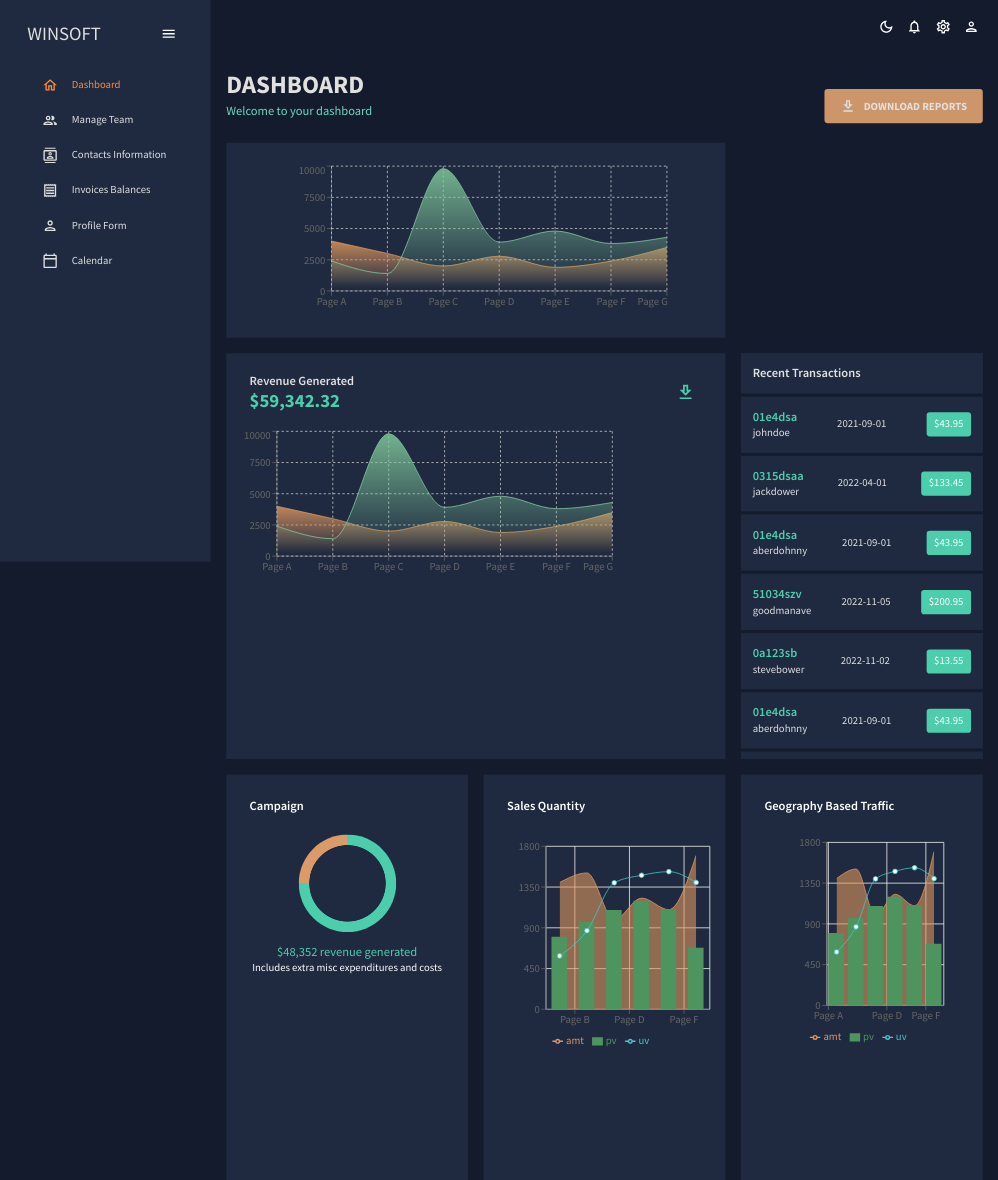
Repository: thamaraiselvan315731/winssoft
Page: /
An editor plug-in stored every save of this project. The page is shown before and after the next save, followed by the edit.
The browser window is 1280 px wide. The pictures show the whole page, at 78% of full size.
The project was rebuilt for these pictures with package versions that can differ from the ones it lists, and the page was loaded fresh each time. Also part of the build but not shown: src/pages/team/index.jsx, src/pages/invoices/index.jsx, src/pages/contacts/index.jsx, src/pages/form/index.jsx, src/components/LineChart.jsx, src/data/mockGeoFeatures.js, src/components/GeographyChart.jsx, src/components/BarChart.jsx and 3 more.

Above is the page before, as saved 2022-12-01 11:16:15.

### src/App.js
import { useState } from "react";
import { Routes, Route } from "react-router-dom";
import Topbar from "./pages/global/Topbar";
import Sidebar from "./pages/global/Sidebar";
import Team from "./pages/team";
import Invoices from "./pages/invoices";
import Contacts from "./pages/contacts";
import Form from "./pages/form";
// import Bar from "./pages/bar";
// import Line from "./pages/line";
// import Pie from "./pages/pie";
// import Geography from "./pages/geography";
import Dashboard from "./pages/dashboard";
import FAQ from "./pages/faq";
import { CssBaseline, ThemeProvider } from "@mui/material";
import { ColorModeContext, useMode } from "./theme";
import Calendar from "./pages/calendar/calendar";

function App() {
  const [theme, colorMode] = useMode();
  const [isSidebar, setIsSidebar] = useState(true);

  return (
    <ColorModeContext.Provider value={colorMode}>
      <ThemeProvider theme={theme}>
        <CssBaseline />
        <div className="app">
          <Sidebar isSidebar={isSidebar} />
          <main className="content">
            <Topbar setIsSidebar={setIsSidebar} />
            <Routes>
              <Route path="/" element={<Dashboard />} />
              <Route path="/team" element={<Team />} />
              <Route path="/contacts" element={<Contacts />} />
              <Route path="/invoices" element={<Invoices />} />
              <Route path="/form" element={<Form />} />
              {/* <Route path="/bar" element={<Bar />} />
              <Route path="/pie" element={<Pie />} />
              <Route path="/line" element={<Line />} /> */}
              <Route path="/faq" element={<FAQ />} />
              <Route path="/calendar" element={<Calendar />} />
              {/* <Route path="/geography" element={<Geography />} /> */}
            </Routes>
          </main>
        </div>
      </ThemeProvider>
    </ColorModeContext.Provider>
  );
}

export default App;

### src/pages/global/Topbar.jsx
import { Box, IconButton, useTheme } from "@mui/material";
import { useContext } from "react";
import { ColorModeContext, tokens } from "../../theme";
import InputBase from "@mui/material/InputBase";
import LightModeOutlinedIcon from "@mui/icons-material/LightModeOutlined";
import DarkModeOutlinedIcon from "@mui/icons-material/DarkModeOutlined";
import NotificationsOutlinedIcon from "@mui/icons-material/NotificationsOutlined";
import SettingsOutlinedIcon from "@mui/icons-material/SettingsOutlined";
import PersonOutlinedIcon from "@mui/icons-material/PersonOutlined";
import SearchIcon from "@mui/icons-material/Search";

const Topbar = () => {
  const theme = useTheme();
  const colors = tokens(theme.palette.mode);
  const colorMode = useContext(ColorModeContext);

  return (
    <Box display="flex" justifyContent="flex-end" p={2}>
      {/* SEARCH BAR */}
      {/* <Box
        display="flex"
        backgroundColor={colors.primary[400]}
        borderRadius="3px"
      >
        <InputBase sx={{ ml: 2, flex: 1 }} placeholder="Search" />
        <IconButton type="button" sx={{ p: 1 }}>
          <SearchIcon />
        </IconButton>
      </Box> */}

      {/* ICONS */}
      <Box display="flex">
        <IconButton onClick={colorMode.toggleColorMode}>
          {theme.palette.mode === "dark" ? (
            <DarkModeOutlinedIcon />
          ) : (
            <LightModeOutlinedIcon />
          )}
        </IconButton>
        <IconButton>
          <NotificationsOutlinedIcon />
        </IconButton>
        <IconButton>
          <SettingsOutlinedIcon />
        </IconButton>
        <IconButton>
          <PersonOutlinedIcon />
        </IconButton>
      </Box>
    </Box>
  );
};

export default Topbar;

### src/pages/global/Sidebar.jsx
import { useState } from "react";
import { ProSidebar, Menu, MenuItem } from "react-pro-sidebar";
import { Box, IconButton, Typography, useTheme } from "@mui/material";
import { Link } from "react-router-dom";
import "react-pro-sidebar/dist/css/styles.css";
import { tokens } from "../../theme";
import HomeOutlinedIcon from "@mui/icons-material/HomeOutlined";
import PeopleOutlinedIcon from "@mui/icons-material/PeopleOutlined";
import ContactsOutlinedIcon from "@mui/icons-material/ContactsOutlined";
import ReceiptOutlinedIcon from "@mui/icons-material/ReceiptOutlined";
import PersonOutlinedIcon from "@mui/icons-material/PersonOutlined";
import CalendarTodayOutlinedIcon from "@mui/icons-material/CalendarTodayOutlined";// eslint-disable-next-line
import HelpOutlineOutlinedIcon from "@mui/icons-material/HelpOutlineOutlined";// eslint-disable-next-line
import BarChartOutlinedIcon from "@mui/icons-material/BarChartOutlined";// eslint-disable-next-line
import PieChartOutlineOutlinedIcon from "@mui/icons-material/PieChartOutlineOutlined";// eslint-disable-next-line
import TimelineOutlinedIcon from "@mui/icons-material/TimelineOutlined";// eslint-disable-next-line
import MenuOutlinedIcon from "@mui/icons-material/MenuOutlined";// eslint-disable-next-line
import MapOutlinedIcon from "@mui/icons-material/MapOutlined";// eslint-disable-next-line

const Item = ({ title, to, icon, selected, setSelected }) => {
  const theme = useTheme();
  const colors = tokens(theme.palette.mode);
  return (
    <MenuItem
      active={selected === title}
      style={{
        color: colors.grey[100],
      }}
      onClick={() => setSelected(title)}
      icon={icon}
    >
      <Typography>{title}</Typography>
      <Link to={to} />
    </MenuItem>
  );
};

const Sidebar = () => {
  const theme = useTheme();
  const colors = tokens(theme.palette.mode);
  const [isCollapsed, setIsCollapsed] = useState(false);
  const [selected, setSelected] = useState("Dashboard");

  return (
    <Box
      sx={{
        "& .pro-sidebar-inner": {
          background: `${colors.primary[400]} !important`,
        },
        "& .pro-icon-wrapper": {
          backgroundColor: "transparent !important",
        },
        "& .pro-inner-item": {
          padding: "5px 35px 5px 20px !important",
        },
        "& .pro-inner-item:hover": {
          color: "#f78d3e !important",
        },
        "& .pro-menu-item.active": {
          color: "#f78d3e !important",
        },
      }}
    >
      <ProSidebar collapsed={isCollapsed}>
        <Menu iconShape="square">
          {/* LOGO AND MENU ICON */}
          <MenuItem
            onClick={() => setIsCollapsed(!isCollapsed)}
            icon={isCollapsed ? <MenuOutlinedIcon /> : undefined}
            style={{
              margin: "10px 0 20px 0",
              color: colors.grey[100],
            }}
          >
            {!isCollapsed && (
              <Box
                display="flex"
                justifyContent="space-between"
                alignItems="center"
                ml="15px"
              >
                <Typography variant="h3" color={colors.grey[100]}>
                  WINSOFT
                </Typography>
                <IconButton onClick={() => setIsCollapsed(!isCollapsed)}>
                  <MenuOutlinedIcon />
                </IconButton>
              </Box>
            )}
          </MenuItem>

          {/* {!isCollapsed && (
            <Box mb="25px">
              <Box display="flex" justifyContent="center" alignItems="center">
                <img
                  alt="profile-user"
                  width="100px"
                  height="100px"
                  src={`../../assets/user.png`}
                  style={{ cursor: "pointer", borderRadius: "50%" }}
                />
              </Box>
              <Box textAlign="center">
                <Typography
                  variant="h2"
                  color={colors.grey[100]}
                  fontWeight="bold"
                  sx={{ m: "10px 0 0 0" }}
                >
                  Ed Roh
                </Typography>
                <Typography variant="h5" color={colors.greenAccent[500]}>
                  VP Fancy Admin
                </Typography>
              </Box>
            </Box>
          )} */}

          <Box paddingLeft={isCollapsed ? undefined : "10%"}>
            <Item
              title="Dashboard"
              to="/"
              icon={<HomeOutlinedIcon />}
              selected={selected}
              setSelected={setSelected}
            />

            {/* <Typography
              variant="h6"
              color={colors.grey[300]}
              sx={{ m: "15px 0 5px 20px" }}
            >
              Data
            </Typography> */}
            <Item
              title="Manage Team"
              to="/team"
              icon={<PeopleOutlinedIcon />}
              selected={selected}
              setSelected={setSelected}
            />
            <Item
              title="Contacts Information"
              to="/contacts"
              icon={<ContactsOutlinedIcon />}
              selected={selected}
              setSelected={setSelected}
            />
            <Item
              title="Invoices Balances"
              to="/invoices"
              icon={<ReceiptOutlinedIcon />}
              selected={selected}
              setSelected={setSelected}
            />

            {/* <Typography
              variant="h6"
              color={colors.grey[300]}
              sx={{ m: "15px 0 5px 20px" }}
            >
              Pages
            </Typography> */}
            <Item
              title="Profile Form"
              to="/form"
              icon={<PersonOutlinedIcon />}
              selected={selected}
              setSelected={setSelected}
            />
            <Item
              title="Calendar"
              to="/calendar"
              icon={<CalendarTodayOutlinedIcon />}
              selected={selected}
              setSelected={setSelected}
            />
            {/* <Item
              title="FAQ Page"
              to="/faq"
              icon={<HelpOutlineOutlinedIcon />}
              selected={selected}
              setSelected={setSelected}
            /> */}

            {/* <Typography
              variant="h6"
              color={colors.grey[300]}
              sx={{ m: "15px 0 5px 20px" }}
            >
              Charts
            </Typography>
            <Item
              title="Bar Chart"
              to="/bar"
              icon={<BarChartOutlinedIcon />}
              selected={selected}
              setSelected={setSelected}
            />
            <Item
              title="Pie Chart"
              to="/pie"
              icon={<PieChartOutlineOutlinedIcon />}
              selected={selected}
              setSelected={setSelected}
            />
            <Item
              title="Line Chart"
              to="/line"
              icon={<TimelineOutlinedIcon />}
              selected={selected}
              setSelected={setSelected}
            />
            <Item
              title="Geography Chart"
              to="/geography"
              icon={<MapOutlinedIcon />}
              selected={selected}
              setSelected={setSelected}
            /> */}
          </Box>
        </Menu>
      </ProSidebar>
    </Box>
  );
};

export default Sidebar;

### src/pages/dashboard/index.jsx
import { Box, Button, IconButton, Typography, useTheme } from "@mui/material";
import { tokens } from "../../theme";
import { mockTransactions } from "../../data/mockData";
import DownloadOutlinedIcon from "@mui/icons-material/DownloadOutlined";
import { AreaCharts } from "../../Charts/AreaChart"
import CombinedCharts from "../../Charts/CombinedCharts"
import EmailIcon from "@mui/icons-material/Email";
import PointOfSaleIcon from "@mui/icons-material/PointOfSale";
import PersonAddIcon from "@mui/icons-material/PersonAdd";
import TrafficIcon from "@mui/icons-material/Traffic";
import Header from "../../components/Header";
import LineChart from "../../components/LineChart";
import GeographyChart from "../../components/GeographyChart";
import BarChart from "../../components/BarChart";
import StatBox from "../../components/StatBox";
import ProgressCircle from "../../components/ProgressCircle";

const Dashboard = () => {
  const theme = useTheme();
  const colors = tokens(theme.palette.mode);

  return (

    <Box m="20px">
      {/* HEADER */}
      <Box display="flex" justifyContent="space-between" alignItems="center">
        <Header title="DASHBOARD" subtitle="Welcome to your dashboard" />

        <Box>
          <Button
            sx={{
              backgroundColor: colors.blueAccent[700],
              color: colors.grey[100],
              fontSize: "14px",
              fontWeight: "bold",
              padding: "10px 20px",
            }}
          >
            <DownloadOutlinedIcon sx={{ mr: "10px" }} />
            Download Reports
          </Button>
        </Box>
      </Box>

      {/* GRID & CHARTS */}
      <Box
        display="grid"
        gridTemplateColumns="repeat(12, 1fr)"
        gridAutoRows="250px"
        gap="20px"
      >
        {/* ROW 1 */}
        <Box
          gridColumn="span 8"
          backgroundColor={colors.primary[400]}
          display="flex"
          alignItems="center"
          justifyContent="center"
        >
          <AreaCharts />

        </Box>

        {/* <Box
          gridColumn="span 3"
          backgroundColor={colors.primary[400]}
          display="flex"
          alignItems="center"
          justifyContent="center"
        >
          <StatBox
            title="431,225"
            subtitle="Sales Obtained"
            progress="0.50"
            increase="+21%"
            icon={
              <PointOfSaleIcon
                sx={{ color: colors.greenAccent[600], fontSize: "26px" }}
              />
            }
          />
        </Box>
        <Box
          gridColumn="span 3"
          backgroundColor={colors.primary[400]}
          display="flex"
          alignItems="center"
          justifyContent="center"
        >
          <StatBox
            title="32,441"
            subtitle="New Clients"
            progress="0.30"
            increase="+5%"
            icon={
              <PersonAddIcon
                sx={{ color: colors.greenAccent[600], fontSize: "26px" }}
              />
            }
          />
        </Box>
        <Box
          gridColumn="span 3"
          backgroundColor={colors.primary[400]}
          display="flex"
          alignItems="center"
          justifyContent="center"
        >
          <StatBox
            title="1,325,134"
            subtitle="Traffic Received"
            progress="0.80"
            increase="+43%"
            icon={
              <TrafficIcon
                sx={{ color: colors.greenAccent[600], fontSize: "26px" }}
              />
            }
          />
        </Box> */}

        {/* ROW 2 */}
        <Box
          gridColumn="span 8"
          gridRow="span 2"
          backgroundColor={colors.primary[400]}
        >
          <Box
            mt="25px"
            p="0 30px"
            display="flex "
            justifyContent="space-between"
            alignItems="center"
          >
            <Box>
              <Typography
                variant="h5"
                fontWeight="600"
                color={colors.grey[100]}
              >
                Revenue Generated
              </Typography>
              <Typography
                variant="h3"
                fontWeight="bold"
                color={colors.greenAccent[500]}
              >
                $59,342.32
              </Typography>
            </Box>
            <Box>
              <IconButton>
                <DownloadOutlinedIcon
                  sx={{ fontSize: "26px", color: colors.greenAccent[500] }}
                />
              </IconButton>
            </Box>
          </Box>
          <Box height="250px" m="20px 0 0 0">
            <AreaCharts />
          </Box>
        </Box>
        <Box
          gridColumn="span 4"
          gridRow="span 2"
          backgroundColor={colors.primary[400]}
          overflow="auto"
        >
          <Box
            display="flex"
            justifyContent="space-between"
            alignItems="center"
            borderBottom={`4px solid ${colors.primary[500]}`}
            colors={colors.grey[100]}
            p="15px"
          >
            <Typography color={colors.grey[100]} variant="h5" fontWeight="600">
              Recent Transactions
            </Typography>
          </Box>
          {mockTransactions.map((transaction, i) => (
            <Box
              key={`${transaction.txId}-${i}`}
              display="flex"
              justifyContent="space-between"
              alignItems="center"
              borderBottom={`4px solid ${colors.primary[500]}`}
              p="15px"
            >
              <Box>
                <Typography
                  color={colors.greenAccent[500]}
                  variant="h5"
                  fontWeight="600"
                >
                  {transaction.txId}
                </Typography>
                <Typography color={colors.grey[100]}>
                  {transaction.user}
                </Typography>
              </Box>
              <Box color={colors.grey[100]}>{transaction.date}</Box>
              <Box
                backgroundColor={colors.greenAccent[500]}
                p="5px 10px"
                borderRadius="4px"
              >
                ${transaction.cost}
              </Box>
            </Box>
          ))}
        </Box>

        {/* ROW 3 */}
        <Box
          gridColumn="span 4"
          gridRow="span 2"
          backgroundColor={colors.primary[400]}
          p="30px"
        >
          <Typography variant="h5" fontWeight="600">
            Campaign
          </Typography>
          <Box
            display="flex"
            flexDirection="column"
            alignItems="center"
            mt="25px"
          >
            <ProgressCircle size="125" />
            <Typography
              variant="h5"
              color={colors.greenAccent[500]}
              sx={{ mt: "15px" }}
            >
              $48,352 revenue generated
            </Typography>
            <Typography>Includes extra misc expenditures and costs</Typography>
          </Box>
        </Box>
        <Box
          gridColumn="span 4"
          gridRow="span 2"
          backgroundColor={colors.primary[400]}
        >
          <Typography
            variant="h5"
            fontWeight="600"
            sx={{ padding: "30px 30px 0 30px" }}
          >
            Sales Quantity
          </Typography>
          <Box height="250px" mt="20px">
            <CombinedCharts />
          </Box>
        </Box>
        <Box
          gridColumn="span 4"
          gridRow="span 2"
          backgroundColor={colors.primary[400]}
          padding="30px"
        >
          <Typography
            variant="h5"
            fontWeight="600"
            sx={{ marginBottom: "15px" }}
          >
            Geography Based Traffic
          </Typography>
          <Box height="200px">
            <CombinedCharts />
          </Box>
        </Box>
      </Box>
    </Box>
  );
};

export default Dashboard;

### src/Charts/AreaChart.js
import { LineChart, Line, AreaChart, ResponsiveContainer, YAxis, Area, Tooltip, CartesianGrid, linearGradient, XAxis } from 'recharts';


const data = [
    {
        "name": "Page A",
        "uv": 4000,
        "pv": 2400,
        "amt": 2400
    },
    {
        "name": "Page B",
        "uv": 3000,
        "pv": 1398,
        "amt": 2210
    },
    {
        "name": "Page C",
        "uv": 2000,
        "pv": 9800,
        "amt": 2290
    },
    {
        "name": "Page D",
        "uv": 2780,
        "pv": 3908,
        "amt": 2000
    },
    {
        "name": "Page E",
        "uv": 1890,
        "pv": 4800,
        "amt": 2181
    },
    {
        "name": "Page F",
        "uv": 2390,
        "pv": 3800,
        "amt": 2500
    },
    {
        "name": "Page G",
        "uv": 3490,
        "pv": 4300,
        "amt": 2100
    }
]


export const AreaCharts = () => {
    // const theme = useTheme();
    // const colors = tokens(theme.palette.mode);

    return (
        <ResponsiveContainer width={500} height="80%">
            < AreaChart width={530} height={250} data={data}
            >
                <defs>
                    <linearGradient id="colorUv" x1="0" y1="0" x2="0" y2="1">
                        <stop offset="5%" stopColor="#de965d" stopOpacity={0.8} />
                        <stop offset="95%" stopColor="#de965d" stopOpacity={0} />
                    </linearGradient>
                    <linearGradient id="colorPv" x1="0" y1="0" x2="0" y2="1">
                        <stop offset="5%" stopColor="#82ca9d" stopOpacity={0.8} />
                        <stop offset="95%" stopColor="#82ca9d" stopOpacity={0} />
                    </linearGradient>
                </defs>
                <XAxis dataKey="name" />
                <YAxis />
                <CartesianGrid strokeDasharray="3 3" />
                <Tooltip />
                <Area type="monotone" dataKey="uv" stroke="#de965d" fillOpacity={1} fill="url(#colorUv)" />
                <Area type="monotone" dataKey="pv" stroke="#82ca9d" fillOpacity={1} fill="url(#colorPv)" />
            </AreaChart ></ResponsiveContainer>
    );
};

### src/Charts/CombinedCharts.js
import React, { PureComponent } from 'react';
import {
    ResponsiveContainer,
    ComposedChart,
    Line,
    Area,
    Bar,
    XAxis,
    YAxis,
    CartesianGrid,
    Tooltip,
    Legend,
} from 'recharts';

const data = [
    {
        name: 'Page A',
        uv: 590,
        pv: 800,
        amt: 1400,
    },
    {
        name: 'Page B',
        uv: 868,
        pv: 967,
        amt: 1506,
    },
    {
        name: 'Page C',
        uv: 1397,
        pv: 1098,
        amt: 989,
    },
    {
        name: 'Page D',
        uv: 1480,
        pv: 1200,
        amt: 1228,
    },
    {
        name: 'Page E',
        uv: 1520,
        pv: 1108,
        amt: 1100,
    },
    {
        name: 'Page F',
        uv: 1400,
        pv: 680,
        amt: 1700,
    },
];

export default class CombinedCharts extends PureComponent {
    static demoUrl = 'https://codesandbox.io/s/composed-chart-in-responsive-container-pkqmy';

    render() {
        return (
            <div style={{ width: '100%', height: 300 }}>
                <ResponsiveContainer>
                    <ComposedChart
                        width={500}
                        height={400}
                        data={data}
                        margin={{
                            top: 20,
                            right: 20,
                            bottom: 20,
                            left: 20,
                        }}
                    >
                        <CartesianGrid stroke="#f5f5f5" />
                        <XAxis dataKey="name" scale="band" />
                        <YAxis />
                        <Tooltip />
                        <Legend />
                        <Area type="monotone" dataKey="amt" fill="#de965d" stroke="#de965d" />
                        <Bar dataKey="pv" barSize={20} fill="#4d945f" />
                        <Line type="monotone" dataKey="uv" stroke="#42c9c9" />
                    </ComposedChart>
                </ResponsiveContainer>
            </div>
        );
    }
}

Loaded but not shown: public/index.html (common file); src/index.js (common file); src/index.css (common file); src/components/Header.jsx (common file); src/components/ProgressCircle.jsx (common file); src/data/mockData.js (1283 lines, source omitted); src/theme.js (214 lines, source omitted)

After the next save:
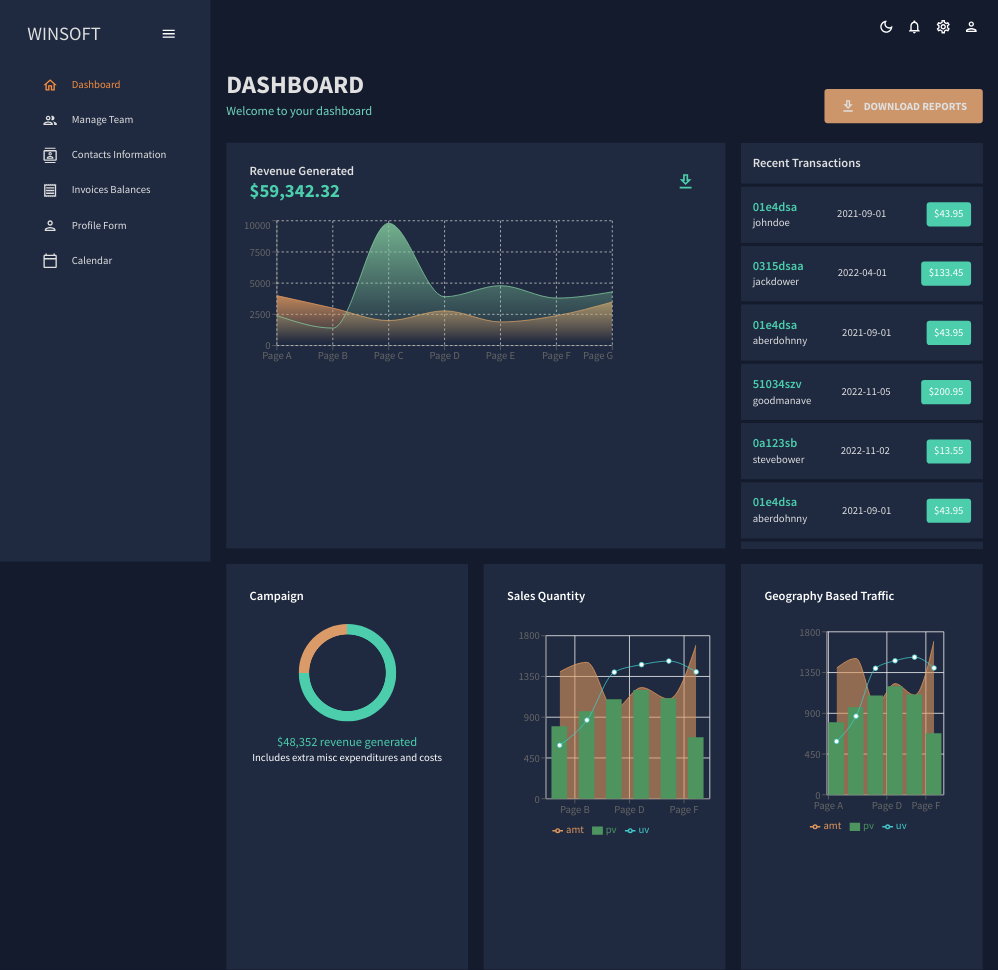
Saved 41 s later.
--- a/src/pages/dashboard/index.jsx
+++ b/src/pages/dashboard/index.jsx
@@ -50,7 +50,7 @@ const Dashboard = () => {
         gap="20px"
       >
         {/* ROW 1 */}
-        <Box
+        {/* <Box
           gridColumn="span 8"
           backgroundColor={colors.primary[400]}
           display="flex"
@@ -59,7 +59,7 @@ const Dashboard = () => {
         >
           <AreaCharts />
 
-        </Box>
+        </Box> */}
 
         {/* <Box
           gridColumn="span 3"
